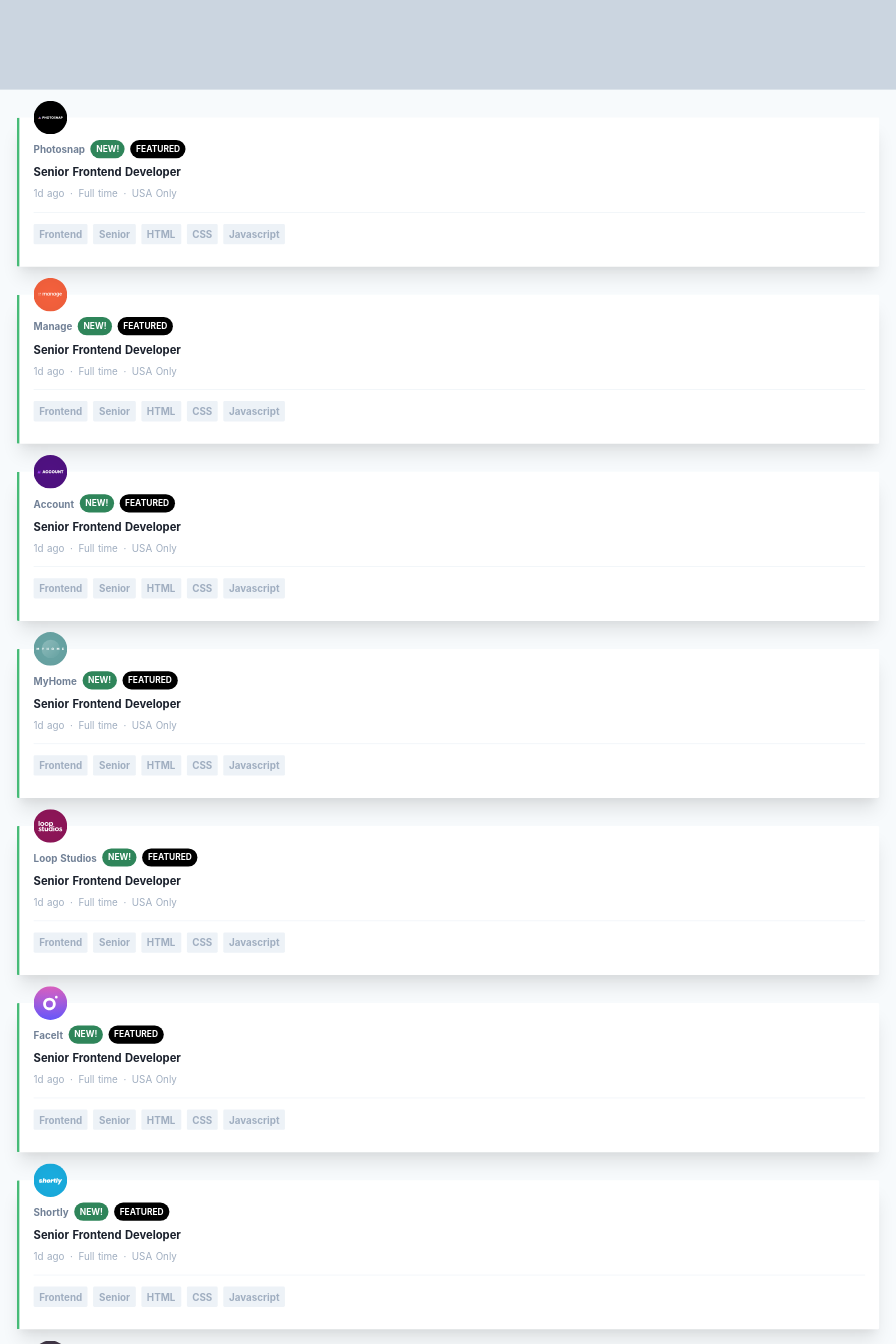
Repository: asongdon/frontendmentor-joblisting
Page: /
These files come from the project's save history. The page is drawn as it stood at one moment and after the next save; the edit follows.
The browser window is 1280 px wide. The pictures show the part of the page from y = 0 to 1920 px (the page is 2658 px tall), at 70% of full size.
The project was rebuilt for these pictures with package versions that can differ from the ones it lists, and the page was loaded fresh each time. The framework's server and built-in components were replaced by stand-ins that run in the browser. Also part of the build but not shown: nuxt.config.js.

Above is the page before, as saved 2020-04-12 21:29:35.

### layouts/default.vue
<template>
  <div class="h-screen">
    <Header/>
    <nuxt />
  </div>
</template>

<script>
import Header from '@/components/Header.vue'

export default {
  components: {
    Header
  },
}
</script>

<style>
html {
  font-family: 'Inter', -apple-system, BlinkMacSystemFont, 'Segoe UI',
    Roboto, 'Helvetica Neue', Arial, sans-serif;
  font-size: 16px;
  word-spacing: 1px;
  -ms-text-size-adjust: 100%;
  -webkit-text-size-adjust: 100%;
  -moz-osx-font-smoothing: grayscale;
  -webkit-font-smoothing: antialiased;
  box-sizing: border-box;
  @apply bg-gray-100;
}

*,
*:before,
*:after {
  box-sizing: border-box;
  margin: 0;
}

.button--green {
  display: inline-block;
  border-radius: 4px;
  border: 1px solid #3b8070;
  color: #3b8070;
  text-decoration: none;
  padding: 10px 30px;
}

.button--green:hover {
  color: #fff;
  background-color: #3b8070;
}

.button--grey {
  display: inline-block;
  border-radius: 4px;
  border: 1px solid #35495e;
  color: #35495e;
  text-decoration: none;
  padding: 10px 30px;
  margin-left: 15px;
}

.button--grey:hover {
  color: #fff;
  background-color: #35495e;
}
</style>

### pages/index.vue
<template>
  <div class="mt-10">
    <div class="container px-6" v-for="item in data" :key="item.id">
      <Maincard :logo="item.logo" :company="item.company" />
    </div>
  </div>
</template>

<script>
import Maincard from '@/components/Maincard'
import data from '@/static/data/data.json'

export default {
  components: {
    Maincard
  },
  data() {
    return {
      data
    }
  }
}
</script>

<style>
/* Sample `apply` at-rules with Tailwind CSS
.container {
  @apply min-h-screen flex justify-center items-center text-center mx-auto;
}
*/
</style>

### components/Header.vue
<template>
  <div class="w-full h-32 bg-gray-400"></div>
</template>

<script>
export default {}
</script>

<style></style>

### components/Maincard.vue
<template>
  <div
    class="flex flex-col flex-no-wrap rounded-sm px-5 border-l-4 border-green-500 bg-white shadow-xl pb-4 mb-10"
  >
    <div class="-mt-6 mb-2">
      <img class="w-12" :src="'/logos/' + logo" alt="" />
    </div>

    <div class="flex items-center">
      <div class="text-sm font-bold text-gray-600">{{company}}</div>
      <div class="flex text-xs font-bold">
        <div class=" bg-green-700 text-white rounded-full px-2 py-1 uppercase ml-2">
          New!
        </div>
        <div class="bg-black text-white rounded-full px-2 py-1 uppercase ml-2">
          Featured
        </div>
      </div>
    </div>

    <div class="mt-2 font-bold text-gray-900">
      Senior Frontend Developer
    </div>

    <div class="flex text-sm mt-2 text-gray-500 border-b border-gray-200 pb-4">
      <div class="mr-2">1d ago</div>
      <div class="mr-2">·</div>
      <div class="mr-2">Full time</div>
      <div class="mr-2">·</div>
      <div>USA Only</div>
    </div>

    <div class="mt-4 flex flex-wrap justify-start">
      <div
        class="px-2 py-1 bg-gray-200 text-gray-500 rounded-sm font-bold mr-2 mb-4 text-sm"
      >
        Frontend
      </div>
      <div
        class="px-2 py-1 bg-gray-200 text-gray-500 rounded-sm font-bold mr-2 mb-4 text-sm"
      >
        Senior
      </div>
      <div
        class="px-2 py-1 bg-gray-200 text-gray-500 rounded-sm font-bold mr-2 mb-4  text-sm"
      >
        HTML
      </div>
      <div
        class="px-2 py-1 bg-gray-200 text-gray-500 rounded-sm font-bold mr-2 mb-4  text-sm"
      >
        CSS
      </div>
      <div
        class="px-2 py-1 bg-gray-200 text-gray-500 rounded-sm font-bold mr-2 mb-4  text-sm"
      >
        Javascript
      </div>
    </div>
  </div>
</template>

<script>
export default {
  props: {
    logo: String,
    company: String
  }
}
</script>

<style></style>

### static/data/data.json
[
  {
    "id": 1,
    "company": "Photosnap",
    "logo": "photosnap.svg",
    "new": true,
    "featured": true,
    "position": "Senior Frontend Developer",
    "role": "Frontend",
    "level": "Senior",
    "postedAt": "1d ago",
    "contract": "Full Time",
    "location": "USA Only",
    "languages": ["HTML", "CSS", "JavaScript"]
  },
  {
    "id": 2,
    "company": "Manage",
    "logo": "manage.svg",
    "new": true,
    "featured": true,
    "position": "Fullstack Developer",
    "role": "Fullstack",
    "level": "Midweight",
    "postedAt": "1d ago",
    "contract": "Part Time",
    "location": "Remote",
    "languages": ["Python"],
    "tools": ["React"]
  },
  {
    "id": 3,
    "company": "Account",
    "logo": "account.svg",
    "new": true,
    "featured": false,
    "position": "Junior Frontend Developer",
    "role": "Frontend",
    "level": "Junior",
    "postedAt": "2d ago",
    "contract": "Part Time",
    "location": "USA Only",
    "languages": ["JavaScript"],
    "tools": ["React", "Sass"]
  },
  {
    "id": 4,
    "company": "MyHome",
    "logo": "myhome.svg",
    "new": false,
    "featured": false,
    "position": "Junior Frontend Developer",
    "role": "Frontend",
    "level": "Junior",
    "postedAt": "5d ago",
    "contract": "Contract",
    "location": "USA Only",
    "languages": ["CSS", "JavaScript"]
  },
  {
    "id": 5,
    "company": "Loop Studios",
    "logo": "loop-studios.svg",
    "new": false,
    "featured": false,
    "position": "Software Engineer",
    "role": "FullStack",
    "level": "Midweight",
    "postedAt": "1w ago",
    "contract": "Full Time",
    "location": "Worldwide",
    "languages": ["JavaScript"],
    "tools": ["Ruby", "Sass"]
  },
  {
    "id": 6,
    "company": "FaceIt",
    "logo": "faceit.svg",
    "new": false,
    "featured": false,
    "position": "Junior Backend Developer",
    "role": "Backend",
    "level": "Junior",
    "postedAt": "2w ago",
    "contract": "Full Time",
    "location": "UK Only",
    "tools": ["RoR"]
  },
  {
    "id": 7,
    "company": "Shortly",
    "logo": "shortly.svg",
    "new": false,
    "featured": false,
    "position": "Junior Developer",
    "role": "Frontend",
    "level": "Junior",
    "postedAt": "2w ago",
    "contract": "Full Time",
    "location": "Worldwide",
    "languages": ["HTML", "JavaScript"],
    "tools": ["Sass"]
  },
  {
    "id": 8,
    "company": "Insure",
    "logo": "insure.svg",
    "new": false,
    "featured": false,
    "position": "Junior Frontend Developer",
    "role": "Frontend",
    "level": "Junior",
    "postedAt": "2w ago",
    "contract": "Full Time",
    "location": "USA Only",
    "languages": ["JavaScript"],
    "tools": ["Vue, Sass"]
  },
  {
    "id": 9,
    "company": "Eyecam Co.",
    "logo": "eyecam-co.svg",
    "new": false,
    "featured": false,
    "position": "Full Stack Engineer",
    "role": "Fullstack",
    "level": "Midweight",
    "postedAt": "3w ago",
    "contract": "Full Time",
    "location": "Worldwide",
    "languages": ["JavaScript", "Python"],
    "tools": ["Django"]
  },
  {
    "id": 10,
    "company": "The Air Filter Company",
    "logo": "the-air-filter-company.svg",
    "new": false,
    "featured": false,
    "position": "Front-end Dev",
    "role": "Frontend",
    "level": "Junior",
    "postedAt": "1mo ago",
    "contract": "Part Time",
    "location": "Worldwide",
    "languages": ["JavaScript"],
    "tools": ["React", "Sass"]
  }
]

Loaded but not shown: assets/css/tailwind.css (common file); tailwind.config.js (common file); store/filter.js (no copy from this time; the picture is the same without it); store/index.js (no copy from this time; the picture is the same without it)

After the next save:
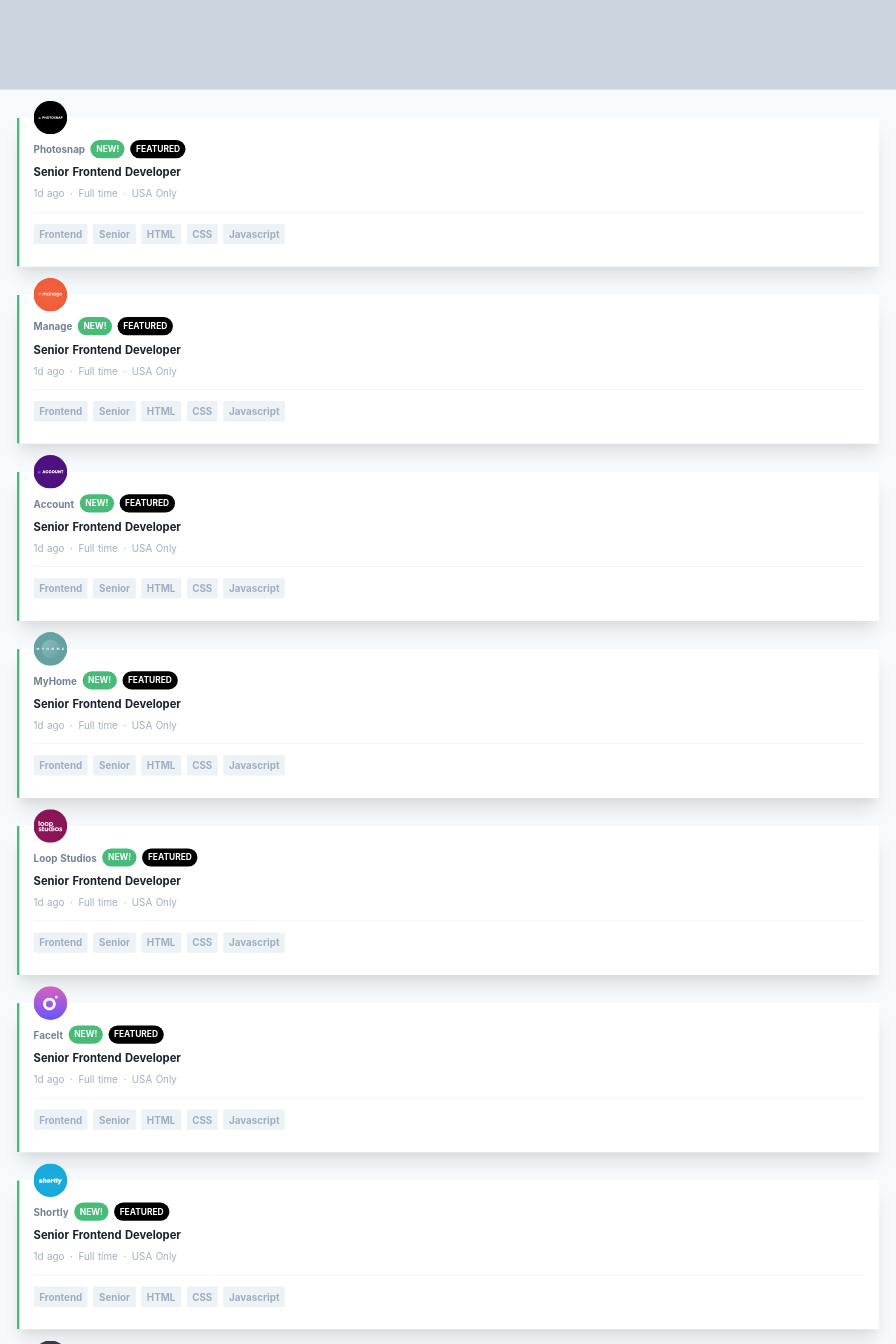
Saved 4 s later.
--- a/components/Maincard.vue
+++ b/components/Maincard.vue
@@ -9,7 +9,7 @@
     <div class="flex items-center">
       <div class="text-sm font-bold text-gray-600">{{company}}</div>
       <div class="flex text-xs font-bold">
-        <div class=" bg-green-700 text-white rounded-full px-2 py-1 uppercase ml-2">
+        <div class=" bg-green-500 text-white rounded-full px-2 py-1 uppercase ml-2">
           New!
         </div>
         <div class="bg-black text-white rounded-full px-2 py-1 uppercase ml-2">
